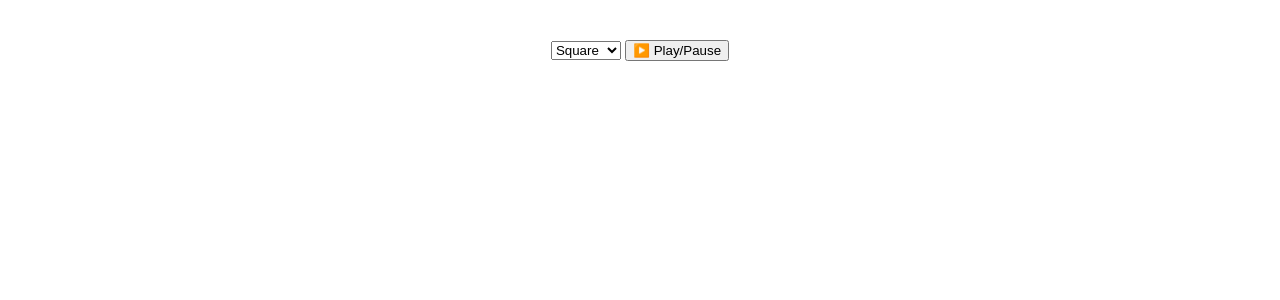
Repository: Aldentec/8-bit-Composer
Page: index.html
These files come from the project's save history. The page is drawn as it stood at one moment and after the next save; the edit follows.
The browser window is 1280 px wide. The pictures show the whole page.
Some web libraries are served in a nearby version.

Above is the page before, as saved 2025-05-27 17:24:03.
Console error (its wording comes from the project's code and is left out).

After the next save:
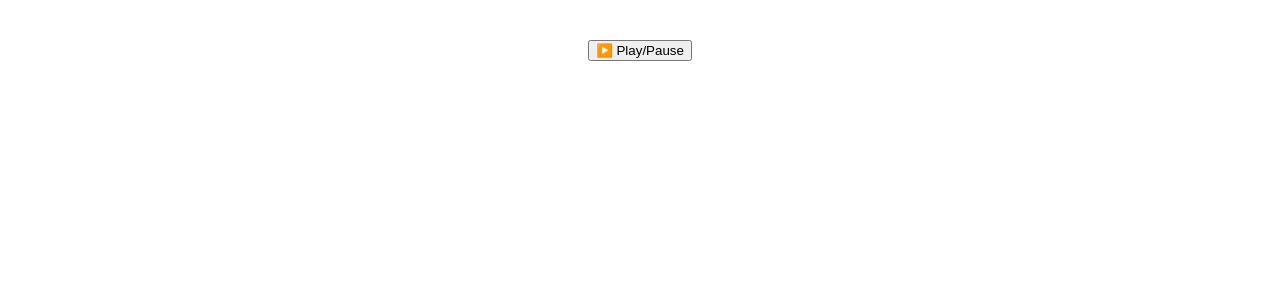
Saved 52 s later.
--- a/index.html
+++ b/index.html
@@ -2,21 +2,14 @@
 <html lang="en">
 <head>
   <meta charset="UTF-8">
-  <meta name="viewport" content="width=device-width,initial-scale=1">
-  <title>8-Bit Sequencer</title>
+  <title>Simple 8-Bit Grid</title>
   <link rel="stylesheet" href="style.css">
 </head>
 <body>
-  <div id="controls">
-    <select id="instrument-select">
-      <option value="square">Square</option>
-      <option value="triangle">Triangle</option>
-      <option value="noise">Noise</option>
-    </select>
-    <button id="play">▶️ Play/Pause</button>
-  </div>
-  <div id="params"></div>
+  <button id="play">▶️ Play/Pause</button>
   <div id="grid"></div>
+
+  <!-- load Tone.js -->
   <script src="node_modules/tone/build/Tone.js"></script>
   <script src="main.js"></script>
 </body>
